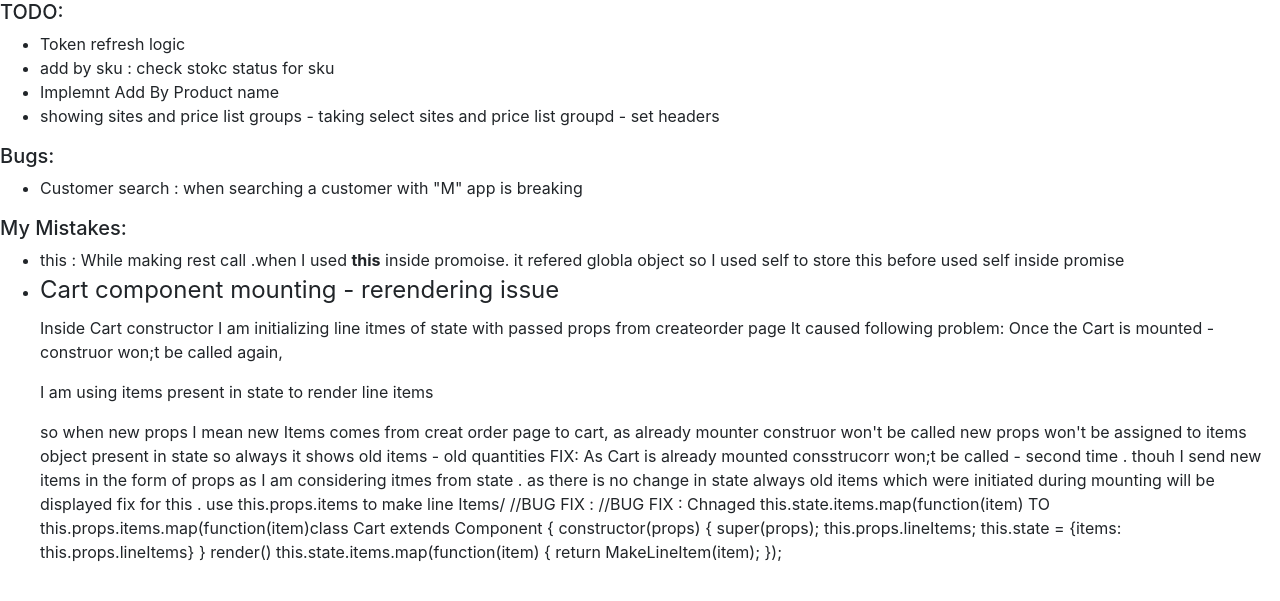
Repository: testtiger/reactagent
Page: /todo
The author's editor kept a copy of each file at every save. The page is drawn from the files as they stood at one save, then again after the next save.
The browser window is 1280 px wide. The pictures show the whole page.
The project was rebuilt for these pictures with package versions that can differ from the ones it lists, and the page was loaded fresh each time. Also part of the build but not shown: src/components/Agent/Rest/agent-rest-client.js, src/components/Agent/Dashboard/quicklinks.jsx, src/components/Agent/Dashboard/announcements.jsx, src/components/Agent/Dashboard/recentorders.jsx, src/components/Agent/Dashboard/pendingactions.jsx, src/components/Agent/Dashboard/DashboardPage.jsx, src/components/Agent/Shared/Navigation.jsx, src/components/Agent/Login/loginpage.jsx and 12 more.

Above is the page before, as saved 2018-12-15 16:46:29.

### src/index.js
//start it with npm start
//create-react-app MyApp

import React from "react";
import ReactDOM from "react-dom";
import "bootstrap/dist/css/bootstrap.css";
import LoginPage from "./components/Agent/Login/loginpage";
import App from "./components/Agent/App/App";
import CreateOrderPage from "./components/Agent/CreateOrder/CreateOrderPage";
import CustomerSearchPage from "./components/Agent/CustomerSearch/CustomerSearchPage";
import AddressFields from "./components/Agent/CreateOrder/AddressFields";
ReactDOM.render(<App/>, document.getElementById("root"));
//ReactDOM.render(<AddressFields />, document.getElementById("root"));

### src/components/Agent/App/App.jsx
import React, { Component } from "react";
import LoginPage from "../Login/loginpage";
import Routes from "../Router/route";
import SearchCriteria from "../CustomerSearch/SearchCriteria";
import Register from "../CustomerSearch/Registration";

export default class App extends Component {
  render() {
    return <Routes />;
    //return <LoginPage />;
  }
}

/***
 * TODO : token expiry logic
 *
 *
 */

### src/components/Agent/Router/route.js
import React from "react";
import { BrowserRouter, Route, Switch } from "react-router-dom";
import LoginPage from "../Login/loginpage";
import DashboardPage from "../Dashboard/DashboardPage";
import CustomerSearchPage from "../CustomerSearch/CustomerSearchPage";
import Registration from "../CustomerSearch/Registration";
import CustomerProfilePage from "../CustomerProfile/CustomerProfilePage.jsx";
import Navigation from "../Shared/Navigation";
import CreateOrderPage from "../CreateOrder/CreateOrderPage";
import TODO from "../BugsTODO/TODO";


var Routes = function() {
  return <BrowserRouter>
      <div>
        <Navigation />
        <Switch>
          <Route exact path="/" component={LoginPage} />
          <Route path="/welcome" component={DashboardPage} />
          <Route exact path="/customers" component={CustomerSearchPage} />
          <Route exact path="/customers/registration" component={Registration} />
          <Route exact path="/customers/profiles/:id" component={CustomerProfilePage} />
          <Route exact path="/createOrder/:profileId" component={CreateOrderPage} />
          <Route exact path="/todo" component={TODO} />
          <Route path="*" component={LoginPage} />
        </Switch>
      </div>
    </BrowserRouter>;
};

export default Routes;

### src/components/Agent/BugsTODO/TODO.jsx
import React, { Component } from "react";

export default class TODO extends Component {
  render() {
    return (
      <div>
        <h5>TODO:</h5>
        <ul>
          <li> Token refresh logic</li>
          <li> add by sku : check stokc status for sku</li>
          <li> Implemnt Add By Product name</li>
          <li>
            {" "}
            showing sites and price list groups - taking select sites and price
            list groupd - set headers
          </li>
        </ul>
        <h5>Bugs:</h5>
        <ul>
          <li>
            Customer search : when searching a customer with "M" app is breaking
          </li>
        </ul>
        <h5>My Mistakes:</h5>
        <ul>
          <li>
            this : While making rest call .when I used <strong>this</strong>{" "}
            inside promoise. it refered globla object so I used self to store
            this before used self inside promise
          </li>
          <li>
            <legend>Cart component mounting - rerendering issue</legend>
            <span>
              <p>
                Inside Cart constructor I am initializing line itmes of state with passed props from createorder page
                It caused following problem: Once the Cart is mounted - construor won;t be
                called again,
              </p>
              <p>I am using items present in state to render line items</p> so
              when new props I mean new Items comes from creat order page to cart, as already mounter
              construor won't be called new props won't be assigned to items
              object present in state so always it shows old items - old
              quantities FIX: As Cart is already mounted consstrucorr won;t be
              called - second time . thouh I send new items in the form of props
              as I am considering itmes from state . as there is no change in
              state always old items which were initiated during mounting will
              be displayed fix for this . use this.props.items to make line
              Items/ //BUG FIX : //BUG FIX : Chnaged
              this.state.items.map(function(item) TO
              this.props.items.map(function(item)
              {
                "class Cart extends Component\
                 { \
                     constructor(props) {\
                          super(props);\
                          this.props.lineItems;\
                           this.state = {items: this.props.lineItems}\
                     }\
                    render() \
                    this.state.items.map(function(item) {\
                    return MakeLineItem(item);\
                    });\
                     "
              }
            </span>
          </li>
        </ul>
      </div>
    );
  }
}

Loaded but not shown: public/index.html (common file)

After the next save:
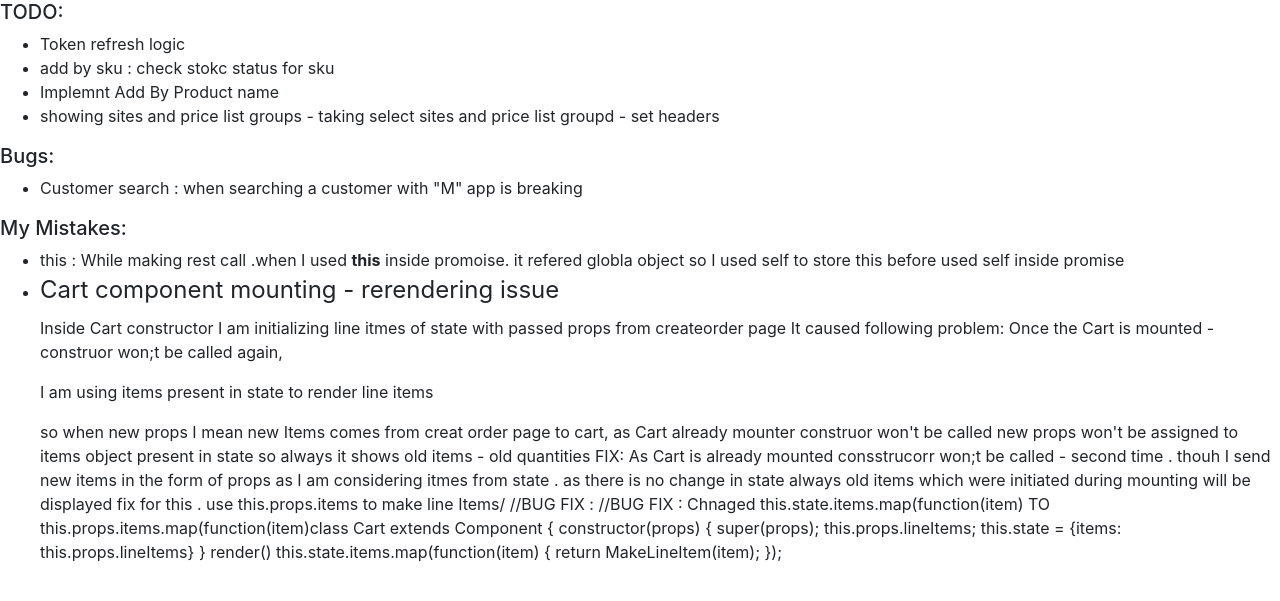
Saved 4 s later.
--- a/src/components/Agent/BugsTODO/TODO.jsx
+++ b/src/components/Agent/BugsTODO/TODO.jsx
@@ -37,7 +37,7 @@ export default class TODO extends Component {
                 called again,
               </p>
               <p>I am using items present in state to render line items</p> so
-              when new props I mean new Items comes from creat order page to cart, as already mounter
+              when new props I mean new Items comes from creat order page to cart, as Cart already mounter
               construor won't be called new props won't be assigned to items
               object present in state so always it shows old items - old
               quantities FIX: As Cart is already mounted consstrucorr won;t be
